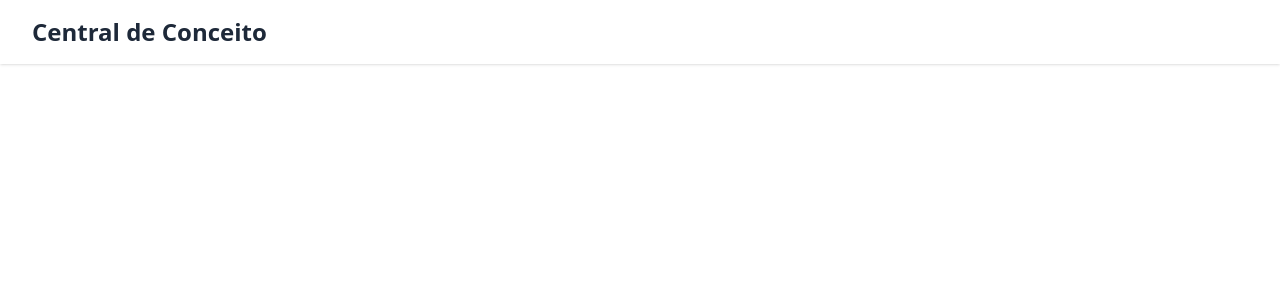
Repository: estevam02009/jh-softwares
Page: /
The author's editor kept a copy of each file at every save. The page is drawn from the files as they stood at one save, then again after the next save.
The browser window is 1280 px wide. The pictures show the whole page.
The project was rebuilt for these pictures with package versions that can differ from the ones it lists, and the page was loaded fresh each time. Also part of the build but not shown: vite.config.ts.

Above is the page before, as saved 2025-08-03 08:47:46.

After the next save:
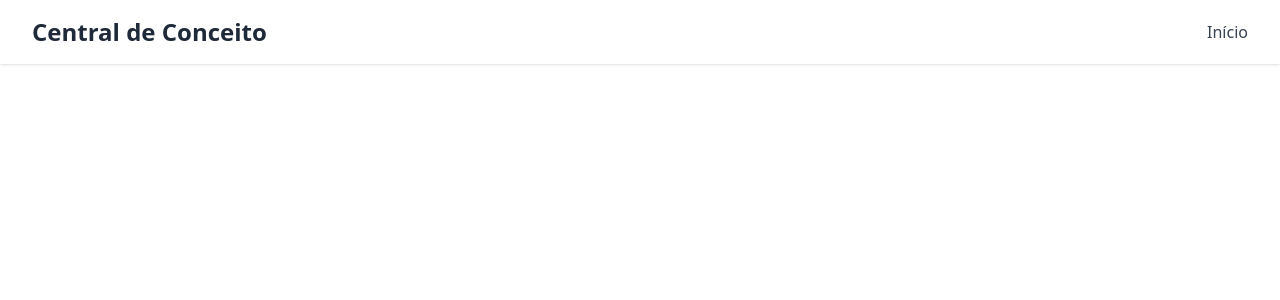
Saved 33 s later.
--- a/src/components/Header.tsx
+++ b/src/components/Header.tsx
@@ -18,7 +18,9 @@
                     </div>
 
                     {/* NAVIGATION */}
-                    <nav className="hidden md:flex space-x-8"></nav>
+                    <nav className="hidden md:flex space-x-8">
+                        <a href="#home" className="text-gray-700 hover:text-gray-600">Início</a>
+                    </nav>
                 </div>
             </div>
         </header>
